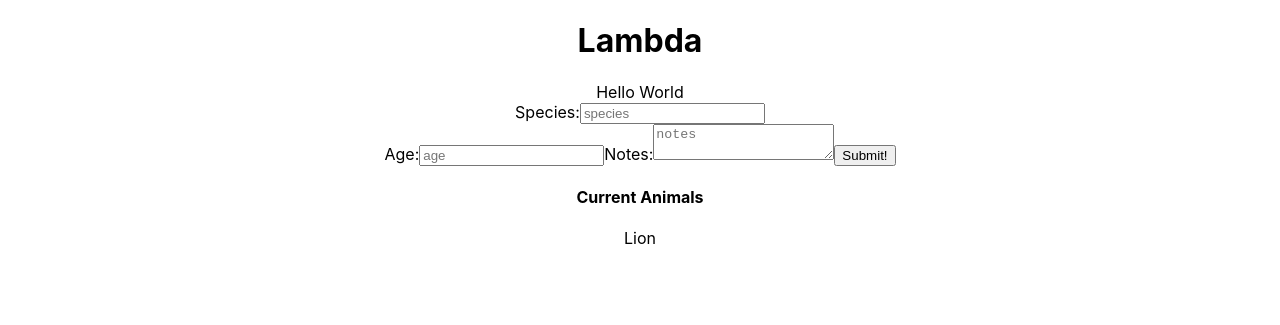
Repository: beefybroccoli/learn_testing
Page: / (app in jest-testing/)
An editor plug-in stored every save of this project. The page is shown before and after a run of saves, followed by the edit.
The browser window is 1280 px wide. The pictures show the whole page.
The project was rebuilt for these pictures with package versions that can differ from the ones it lists, and the page was loaded fresh each time.

Above is the page before, as saved 2021-09-30 23:51:10.

### jest-testing/src/App.js
import logo from "./logo.svg";
import "./App.css";
import AnimalForm from "./AnimalForm";

function App() {
  return (
    <div className="App">
      <h1 className="heading">Lambda</h1>
      <span className="greet">Hello World</span>
      <AnimalForm />
    </div>
  );
}

export default App;

### jest-testing/src/AnimalForm.js
import React, { useState } from "react";

const AnimalForm = ({ errors, touched, values }) => {
  const [animals, setAnimals] = useState([
    {
      species: "Lion",
      age: "12",
      notes: "",
      id: 365,
    },
  ]);
  const [animal, setAnimal] = useState({ species: "", age: "", notes: "" });

  // Handle changes from form inputs
  const handleChange = (event) => {
    setAnimal({ ...animal, [event.target.name]: event.target.value });
  };

  const handleSubmit = (event) => {
    event.preventDefault();
    const newAnimal = {
      ...animal,
      id: Date.now(),
    };

    setAnimals([...animals, newAnimal]);
  };

  return (
    <div className="animal-form">
      <form onSubmit={(event) => handleSubmit(event)}>
        <label htmlFor="species">Species:</label>
        <input
          id="species"
          type="text"
          name="species"
          placeholder="species"
          onChange={(event) => handleChange(event)}
        />
        <br/>
        <label htmlFor="age">Age:</label>
                <input
          id="age"
          type="text"
          name="age"
          placeholder="age"
          onChange={(event) => handleChange(event)}
        />
        <label htmlFor="notes">Notes:</label>
        <textarea
          id="notes"
          type="text"
          name="notes"
          placeholder="notes"
          onChange={(event) => handleChange(event)}
        />
        <button>Submit!</button>
      </form>
      <h4>Current Animals</h4>
      {animals.map((animal) => (
        <p key={animal.id}>{animal.species}</p>
      ))}
    </div>
  );
};

export default AnimalForm;

Loaded but not shown: jest-testing/public/index.html (common file); jest-testing/src/index.js (common file); jest-testing/src/index.css (common file); jest-testing/src/reportWebVitals.js (common file); jest-testing/src/App.css (common file)

After the next 3 saves:
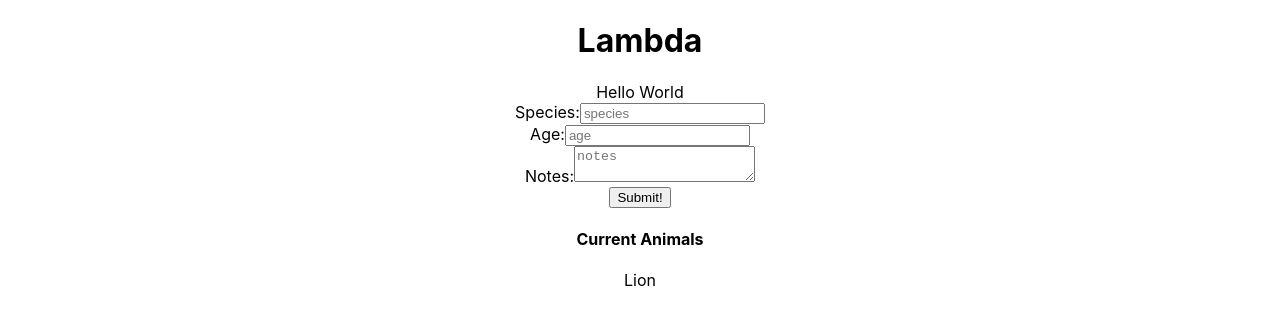
The 3 saves are shown as one change because they came seconds apart.
The last was saved 9 s later.
--- a/jest-testing/src/AnimalForm.js
+++ b/jest-testing/src/AnimalForm.js
@@ -37,15 +37,16 @@ const AnimalForm = ({ errors, touched, values }) => {
           placeholder="species"
           onChange={(event) => handleChange(event)}
         />
-        <br/>
+        <br />
         <label htmlFor="age">Age:</label>
-                <input
+        <input
           id="age"
           type="text"
           name="age"
           placeholder="age"
           onChange={(event) => handleChange(event)}
         />
+        <br />
         <label htmlFor="notes">Notes:</label>
         <textarea
           id="notes"
@@ -54,6 +55,7 @@ const AnimalForm = ({ errors, touched, values }) => {
           placeholder="notes"
           onChange={(event) => handleChange(event)}
         />
+        <br />
         <button>Submit!</button>
       </form>
       <h4>Current Animals</h4>
